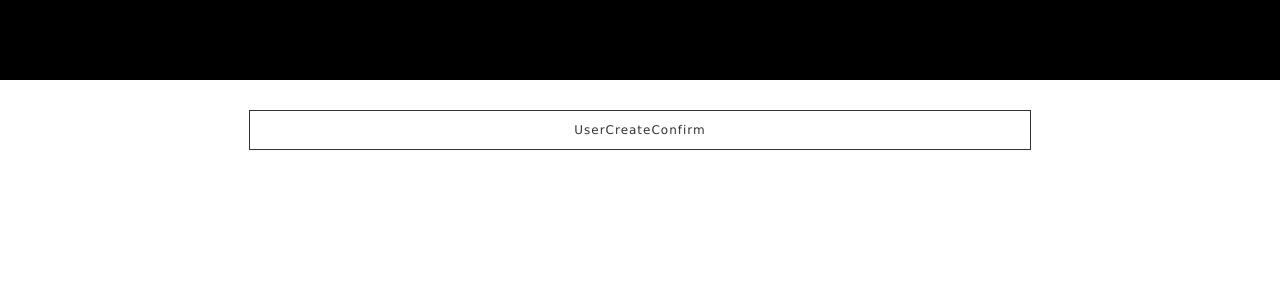
Repository: hiranatsu/ECtest
Page: http://localhost/ecsite2/createConfirm.jsp
The author's editor kept a copy of each file at every save. The page is drawn from the files as they stood at one save, then again after the next save.
The browser window is 1280 px wide. The pictures show the whole page.
The page is served by Tomcat 9.

Above is the page before, as saved 2018-09-13 07:09:37.

After the next save:
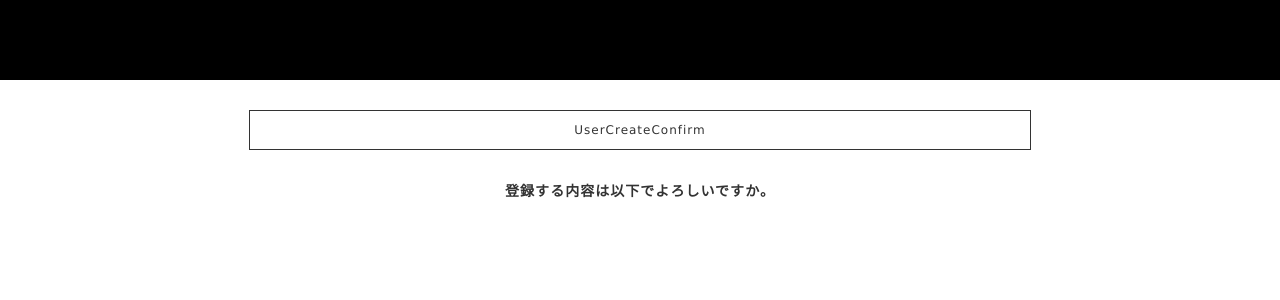
Saved 31 s later.
--- a/ecsite2/WebContent/createConfirm.jsp
+++ b/ecsite2/WebContent/createConfirm.jsp
@@ -68,6 +68,9 @@
 		<div id="top">
 			<p>UserCreateConfirm</p>
 		</div>
+		<div>
+			<h3>登録する内容は以下でよろしいですか。</h3>
+		</div>
 	</div>
 
 </body>
